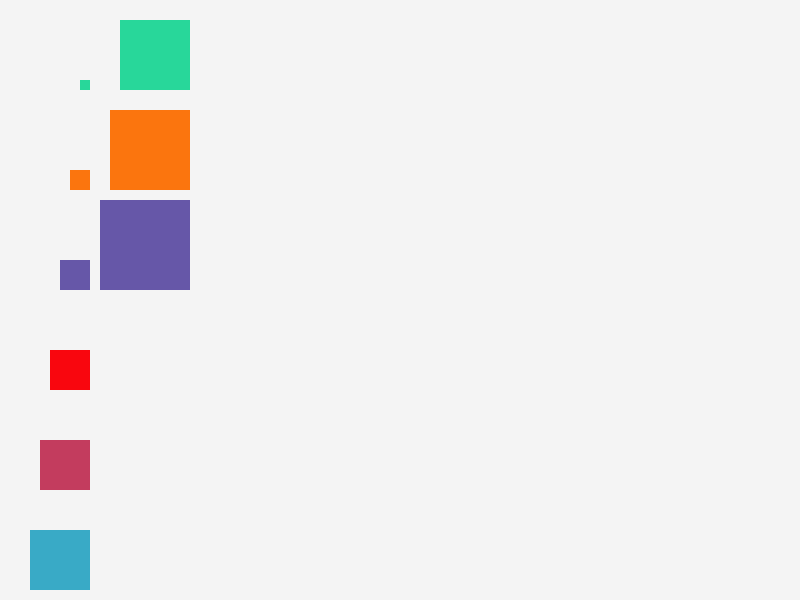
Repository: vitmac1/eclipse-workspace-project
Program's window: java exercicios-javafx/src/layout/AppLayout.java
The author's editor kept a copy of each file at every save. The program's window is drawn from the files as they stood at one save, then again after the next save.
It runs on Java 21 on a 1366 x 768 screen with JavaFX 11; the title bar is not drawn. The picture is taken after one second of simulated time with no key pressed.

Above is the program's window before, as saved 2022-10-21 17:53:24.

### exercicios-javafx/src/layout/AppLayout.java
package layout;

import javafx.application.Application;
import javafx.scene.Parent;
import javafx.scene.Scene;
//import javafx.scene.Scene;
//import javafx.scene.layout.VBox;
import javafx.stage.Stage;

public class AppLayout extends Application{

	private Stage Janela;

	@Override
	public void start(Stage primaryStage) throws Exception {
		@SuppressWarnings("unused")
		Parent raiz = null;

		raiz = new TesteBorderPane();
		raiz = new TesteFlowPane();
		raiz = new TesteGridPane();
		raiz = new TesteStackPane();
		raiz = new TesteTilePane();

		Scene principal = new Scene(new TesteTilePane(), 800, 600);

		Janela = primaryStage;
		Janela.setScene(principal);
		Janela.setTitle("Gerenciador de Layout");
		Janela.show();
	}

	public static void main(String[] args) {
		launch(args);
	}
}

### exercicios-javafx/src/layout/TesteTilePane.java
package layout;

import java.util.ArrayList;
import java.util.List;

import javafx.geometry.Orientation;
import javafx.geometry.Pos;
import javafx.scene.layout.TilePane;

public class TesteTilePane extends TilePane{

	public TesteTilePane() {

		List<Quadrado> quadrados = new ArrayList<>();

		for (int i = 1; i < 10; i++) {
			quadrados.add(new Quadrado(i * 10));
		}

		setVgap(10);
		setHgap(10);

		setOrientation(Orientation.VERTICAL);
		setTileAlignment(Pos.BOTTOM_RIGHT);

		getChildren().addAll(quadrados);
	}
}

### exercicios-javafx/src/layout/TesteBorderPane.java
package layout;

import javafx.scene.layout.BorderPane;

public class TesteBorderPane extends BorderPane{

	public TesteBorderPane() {

		Caixa c1 = new Caixa().comTexto("Topo");
		setTop(c1);

		Caixa c2 = new Caixa().comTexto("Esquerda");
		setLeft(c2);

		Caixa c3 = new Caixa().comTexto("Direita");
		setRight(c3);

		Caixa c4 = new Caixa().comTexto("Fundo");
		setBottom(c4);

		Caixa c5 = new Caixa().comTexto("Area Central");
		setCenter(c5);
	}
}

### exercicios-javafx/src/layout/Caixa.java
package layout;

import javafx.geometry.Pos;
import javafx.scene.control.Label;
import javafx.scene.layout.Background;
import javafx.scene.layout.BackgroundFill;
import javafx.scene.layout.CornerRadii;
import javafx.scene.layout.HBox;
import javafx.scene.paint.Color;
import javafx.scene.text.Font;

public class Caixa extends HBox{

	private static int i = 0;

	private String[] cores =
	{
		"#c33c5e", "#39aac6", "#28d79a",
		"#fb750e", "#6657a8", "#f9060e"
	};

	public Caixa() {
		this(100, 100);
	}

	public Caixa(int largura, int altura) {
		setAlignment(Pos.CENTER);

		setMinWidth(largura);
		setMinHeight(altura);

		BackgroundFill fill = new BackgroundFill(
				Color.web(cores[i]), CornerRadii.EMPTY, javafx.geometry.Insets.EMPTY);
		setBackground(new Background(fill));

		i++;
		if (i == 6)i = 0;

	}

	public Caixa comTexto(String texto) {
		Label label = new Label(texto);
		label.setFont(new Font(24));
		getChildren().add(label);
		return this;
	}
}

### exercicios-javafx/src/layout/TesteFlowPane.java
package layout;

import javafx.geometry.Insets;
import javafx.geometry.Orientation;
import javafx.geometry.Pos;
import javafx.scene.layout.FlowPane;

public class TesteFlowPane extends FlowPane{

	public TesteFlowPane() {
		Quadrado q1 = new Quadrado();
		Quadrado q2 = new Quadrado();
		Quadrado q3 = new Quadrado();
		Quadrado q4 = new Quadrado();
		Quadrado q5 = new Quadrado();

		setHgap(10);
		setVgap(10);
		setPadding(new Insets(10));

		setOrientation(Orientation.VERTICAL);
		setAlignment(Pos.CENTER_RIGHT);

		getChildren().addAll(q1, q2, q3, q4, q5);
	}
}

### exercicios-javafx/src/layout/Quadrado.java
package layout;

import javafx.scene.paint.Color;
import javafx.scene.shape.Rectangle;

public class Quadrado extends Rectangle{
	private static int i = 0;

	private String[] cores =
	{
		"#c33c5e", "#39aac6", "#28d79a",
		"#fb750e", "#6657a8", "#f9060e"
	};

	public Quadrado() {
		this(100);
	}

	public Quadrado(int tamanho) {

		setWidth(tamanho);
		setHeight(tamanho);

		setFill(Color.web(cores[i]));

		i++;
		if (i == 6)i = 0;
	}


}

### exercicios-javafx/src/layout/TesteGridPane.java
package layout;

import javafx.scene.layout.ColumnConstraints;
import javafx.scene.layout.GridPane;
import javafx.scene.layout.RowConstraints;

public class TesteGridPane extends GridPane{

	public TesteGridPane() {

		Caixa c1 = new Caixa().comTexto("1");
		Caixa c2 = new Caixa().comTexto("2");
		Caixa c3 = new Caixa().comTexto("3");
		Caixa c4 = new Caixa().comTexto("4");
		Caixa c5 = new Caixa().comTexto("5");
		Caixa c6 = new Caixa().comTexto("6");

		setGridLinesVisible(true);

		getColumnConstraints().addAll(cc(), cc(), fcc(), cc(), cc());
		getRowConstraints().addAll(rc(), rc(), frc(), rc(), rc());

		setVgap(10);
		setHgap(10);

		add(c1, 0, 0, 2, 2);
		add(c2, 1, 1, 2, 2);
		add(c3, 4, 2, 1, 3);
		add(c4, 3, 1);
		add(c5, 0, 4, 2, 1);
		add(c6, 3, 3);
	}

	private ColumnConstraints cc() {
		ColumnConstraints cc = new ColumnConstraints();
		cc.setPercentWidth(20);
		cc.setFillWidth(true);
		return cc;
	}

	private ColumnConstraints fcc() {
		ColumnConstraints cc = new ColumnConstraints();
		cc.setMinWidth(200);
		cc.setMaxWidth(200);
		cc.setFillWidth(true);
		return cc;
	}

	private RowConstraints rc() {
		RowConstraints rc = new RowConstraints();
		rc.setPercentHeight(20);
		rc.setFillHeight(true);
		return rc;
	}

	private RowConstraints frc() {
		RowConstraints rc = new RowConstraints();
		rc.setMinHeight(20);
		rc.setMaxHeight(20);
		rc.setFillHeight(true);
		return rc;
	}

}

### exercicios-javafx/src/layout/TesteStackPane.java
package layout;

import javafx.application.Platform;
import javafx.scene.layout.StackPane;

public class TesteStackPane extends StackPane{

	public TesteStackPane() {

		Caixa c1 = new Caixa().comTexto("1");
		Caixa c2 = new Caixa().comTexto("2");
		Caixa c3 = new Caixa().comTexto("3");
		Caixa c4 = new Caixa().comTexto("4");
		Caixa c5 = new Caixa().comTexto("5");
		Caixa c6 = new Caixa().comTexto("6");

		getChildren().addAll(c1, c2, c3, c4, c5, c6);

		setOnMouseClicked(e -> {
			if (e.getSceneX() > getScene().getWidth() / 2) {
				getChildren().get(0).toFront();
			}else {
				getChildren().get(5).toBack();
			}
		});

		Thread t = new Thread(() -> {
			while(true) {
				try {
					Thread.sleep(3000);
					Platform.runLater(() -> {
						getChildren().get(0).toFront();
					});
				} catch (Exception e) {
				}
			}
		});

		t.setDaemon(true);
		t.start();



	}
}

After the next save:
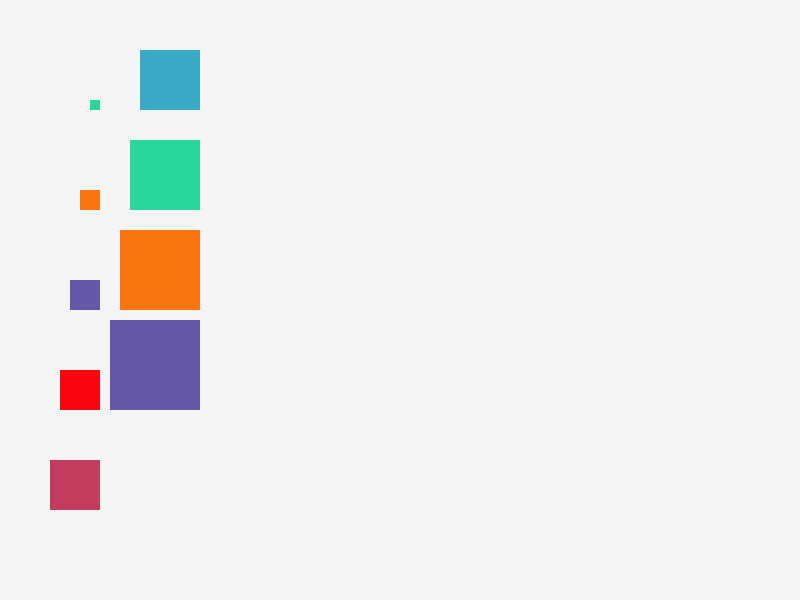
Saved 76 s later.
--- a/exercicios-javafx/src/layout/TesteTilePane.java
+++ b/exercicios-javafx/src/layout/TesteTilePane.java
@@ -3,6 +3,7 @@
 import java.util.ArrayList;
 import java.util.List;
 
+import javafx.geometry.Insets;
 import javafx.geometry.Orientation;
 import javafx.geometry.Pos;
 import javafx.scene.layout.TilePane;
@@ -17,6 +18,7 @@
 			quadrados.add(new Quadrado(i * 10));
 		}
 
+		setPadding(new Insets(20, 10, 20, 10));
 		setVgap(10);
 		setHgap(10);
 

After the save that followed:
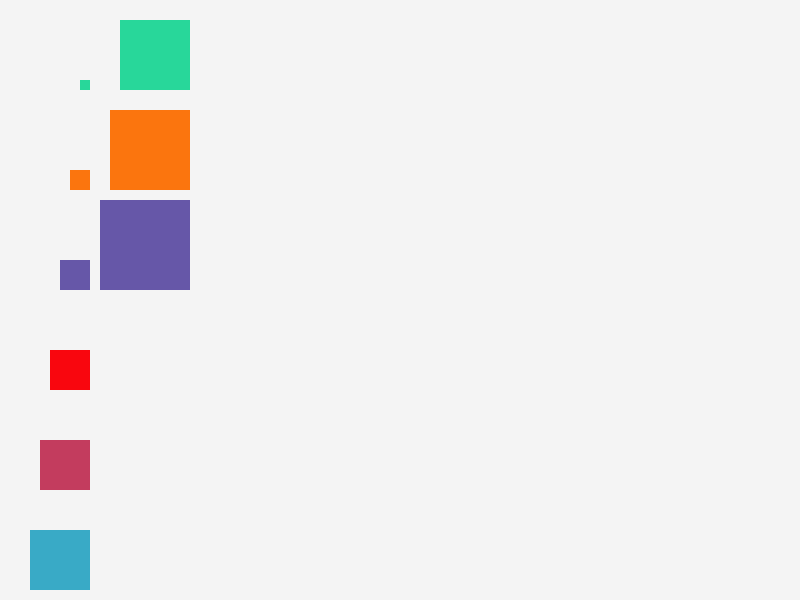
Saved 13 s later.
--- a/exercicios-javafx/src/layout/TesteTilePane.java
+++ b/exercicios-javafx/src/layout/TesteTilePane.java
@@ -18,7 +18,7 @@
 			quadrados.add(new Quadrado(i * 10));
 		}
 
-		setPadding(new Insets(20, 10, 20, 10));
+//		setPadding(new Insets(20, 10, 20, 10));
 		setVgap(10);
 		setHgap(10);
 
